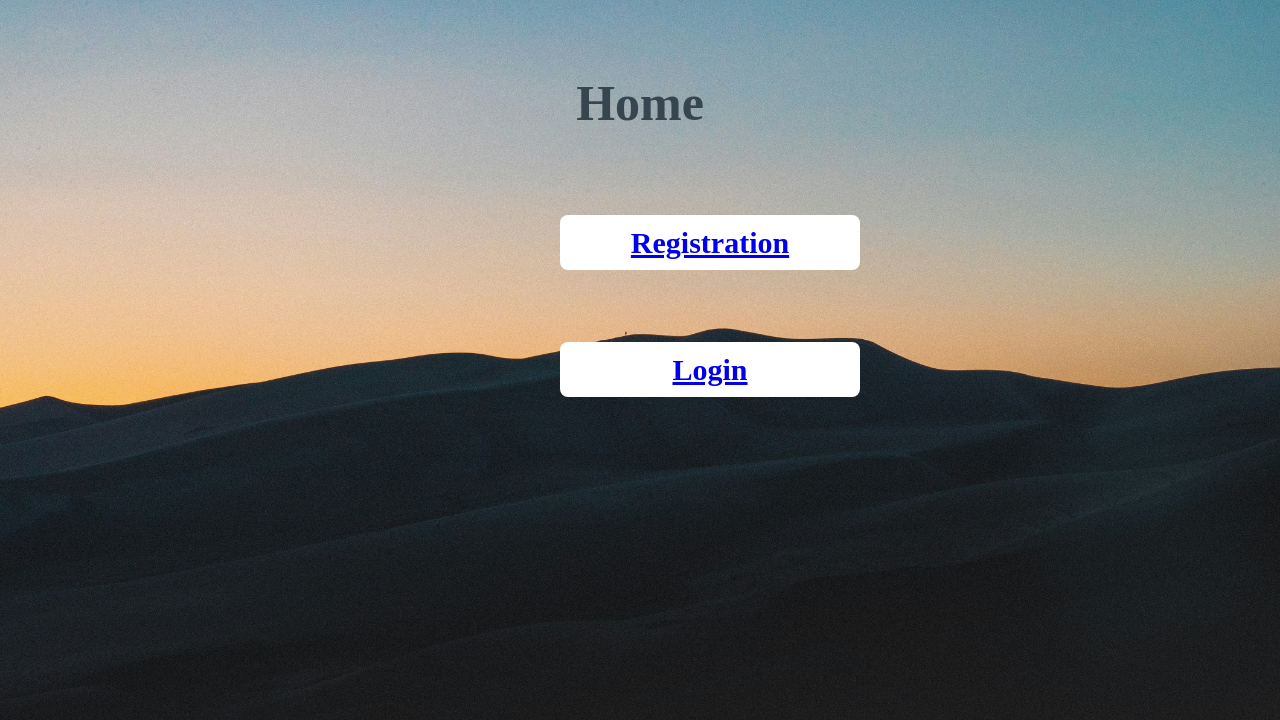
Repository: aboli-vyas/Servlet_Projects
Page: http://localhost/Sevlet_Project/
These files come from the project's save history. The page is drawn as it stood at one moment and after the next save; the edit follows.
The browser window is 1280 px wide. The pictures show the whole page.
The page is served by Tomcat 9. Other server files are loaded and not shown.

Above is the page before, as saved 2025-06-09 16:15:01.

### Sevlet_Project/src/main/webapp/index.html
<!DOCTYPE html>
<html>
<head>
<meta charset="UTF-8">
<title>Insert title here</title>
<link rel="stylesheet" href="style3.css">
</head>
<body>

<h1>Home</h1>
<div class="button1">
<button><a href="Registration.html">Registration</a></button>
<br><br>
<button><a href="Login.html">Login</a></button>
</div>
</body>
</html>

### Sevlet_Project/src/main/webapp/style3.css
body {
    font-family: 'Segoe UI', Tahoma, Geneva, Verdana, sans-serif;
    background: linear-gradient(120deg, #f6f9fc, #e0f7fa);
    background-image: url("Images/bg3.jpg");
    background-size: cover;
    background-position: center;
    background-repeat: no-repeat;
    background-attachment: fixed;
    margin: 0;
    padding: 40px;
}
h1{
	color: 	#36454F;
	font-family: "Font Name", fallback-font, generic-family;
	font-size: 50px;
	text-align: center;
}
button{
	width:300px;
	height: 55px;
	margin-top: 50px;
	margin-left: 520px;
	background: white ;
    color: black;
    font-family: "Font Name", fallback-font, generic-family;
    border: none;
    font-size: 30px;
    font-weight: bold;
    border-radius: 8px;
    cursor: pointer;
    transition: background 0.3s;
}
button:hover {
    background: #f5d264;
    color: black;
}

After the next save:
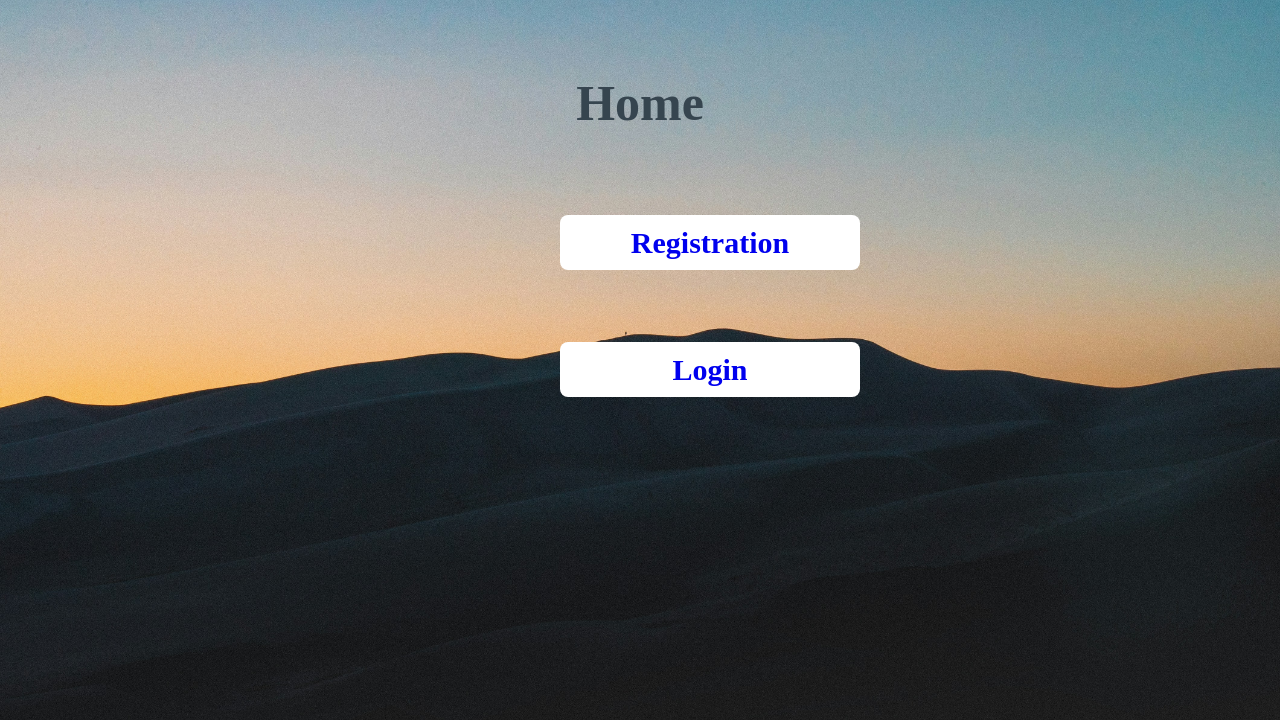
Saved 8 s later.
--- a/Sevlet_Project/src/main/webapp/style3.css
+++ b/Sevlet_Project/src/main/webapp/style3.css
@@ -14,6 +14,9 @@ h1{
 	font-family: "Font Name", fallback-font, generic-family;
 	font-size: 50px;
 	text-align: center;
+}
+a{
+	 text-decoration: none;
 }
 button{
 	width:300px;
